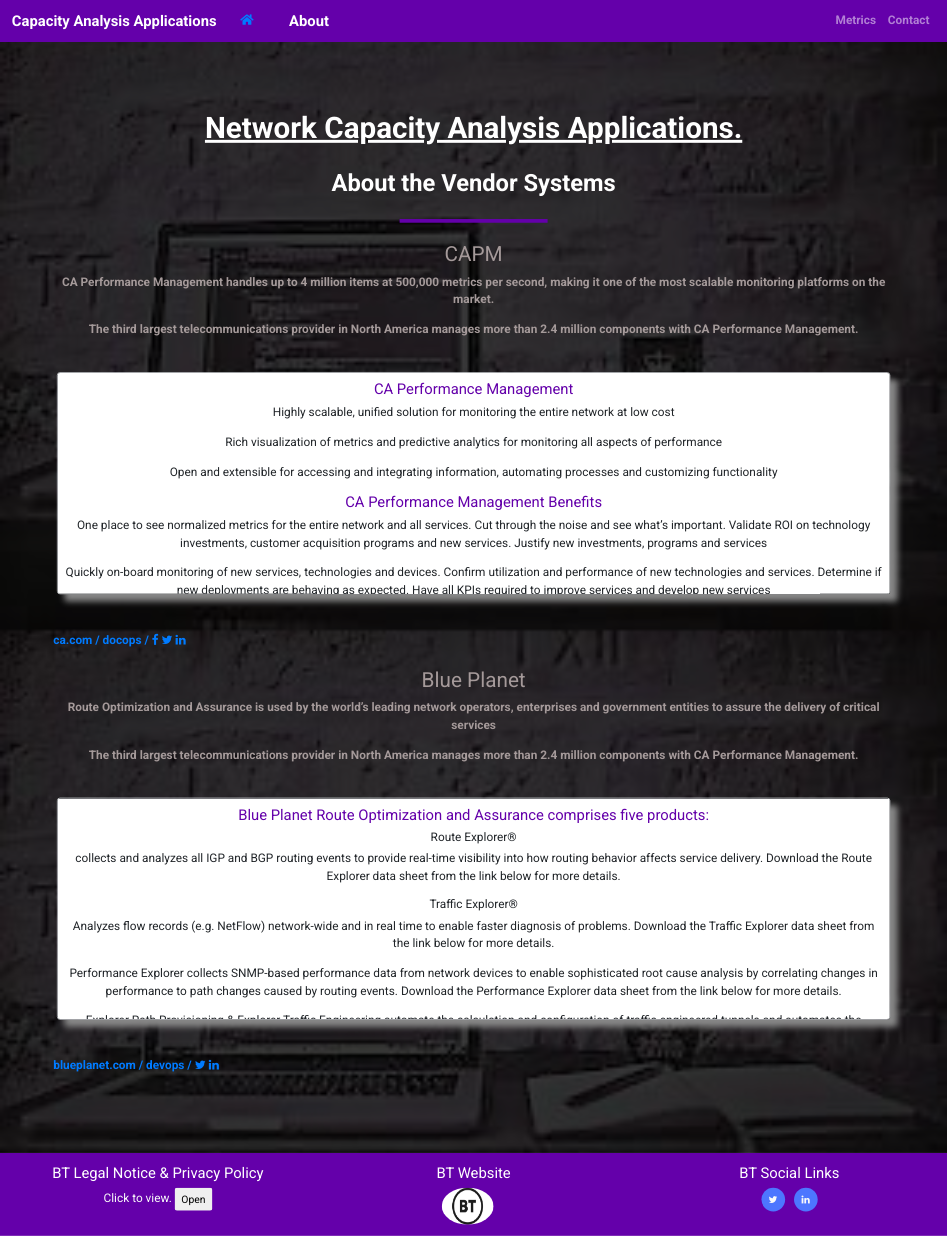
Repository: Mofarrell1967/Application-Manager
Page: about.html
The author's editor kept a record of every edit. The page is drawn from the files as they stood at one moment, then again after the next edit.
The browser window is 1280 px wide. The pictures show the whole page, at 74% of full size.
Backgrounds fixed to the window are drawn as part of the page. Some web libraries are served in a nearby version.

Above is the page before.

### about.html
<!DOCTYPE html>
<html lang="en-us">

<head>
    <meta charset="utf-8">
    <meta name="viewport" content="width=device-width, initial-scale=1.0">
    <link rel="stylesheet" href="https://maxcdn.bootstrapcdn.com/bootstrap/4.1.3/css/bootstrap.min.css">
    <link rel="stylesheet" href="https://use.fontawesome.com/releases/v5.6.1/css/all.css" integrity="sha384-gfdkjb5BdAXd+lj+gudLWI+BXq4IuLW5IT+brZEZsLFm++aCMlF1V92rMkPaX4PP" crossorigin="anonymous">
    <link rel="stylesheet" href="https://stackpath.bootstrapcdn.com/font-awesome/4.7.0/css/font-awesome.min.css" type="text/css" />
    <link href="https://fonts.googleapis.com/css?family=Roboto:400,700" rel="stylesheet">
    <link rel="stylesheet" href="css/main.css" type="text/css" />
    <title>Application Manager</title>
</head>

<body>


    <!-- Nav Bar Start -->

    <nav class="navbar no-gutters fixed-top navbar-dark navbar-expand-sm">
        <a href="index.html" class="navbar-brand">Capacity Analysis Applications</a>
        <ul class="navbar-nav navbar-brand"></ul>
        <a href="index.html"><i class="fas fa-home"></i></a>
        <ul class="navbar-nav navbar-brand">
            <li class="nav-item ml-5">About</li>
        </ul>


        <button class="navbar-toggler ml-auto" type="button" data-toggle="collapse" data-target="#navbarNavDropdown" aria-controls="navbarNavDropdown" aria-expanded="false">
        <span class="navbar-toggler-icon"></span></button>

        <div class="collapse navbar-collapse" id="navbarNavDropdown">
            <ul class="navbar-nav ml-auto">
                <li class="nav-item"><a class="nav-link" href="metrics.html">Metrics</a></li>
                <li class="nav-item"><a class="nav-link" href="contact.html">Contact</a></li>
            </ul>
        </div>
    </nav>

    <!-- Nav Bar End -->


    <!-- Jumbotron Start -->

    <div class="container-fluid callout-container">
        <div class="opaque-overlay">&nbsp;</div>
        <div class="row">
            <div class="col-12">
                <section class="callout jumbotron text-center">
                    <h1>Network Capacity Analysis Applications.</h1>
                    <h2>About the Vendor Systems</h2>
                    <hr class="block-divider">




                    <!-- About Section Start -->
                    <!-- CAPM About Section Start -->


                    <div class="about-header">
                        <h3>CAPM</h3>
                        <p>CA Performance Management handles up to 4 million items at 500,000 metrics per second, making it one of the most scalable monitoring platforms on the market.</p>
                        <p>The third largest telecommunications provider in North America manages more than 2.4 million components with CA Performance Management.</p>
                    </div>
                    <section class="container-fluid">
                        <div class="row">
                            <div class="col border data-scroll about-form">
                                <h5>CA Performance Management</h5>
                                <p>Highly scalable, unified solution for monitoring the entire network at low cost</p>

                                <p>Rich visualization of metrics and predictive analytics for monitoring all aspects of performance</p>
                                <p>Open and extensible for accessing and integrating  information, automating processes and customizing functionality</p>
                                <h5> CA Performance Management  Benefits</h5>
                                <p>One place to see normalized metrics for the entire network and all services. Cut through the noise  and see what’s important.
                                Validate ROI on technology  investments, customer acquisition programs and new services. Justify new investments, programs and services</p>
                                <p>Quickly on-board monitoring of new services, technologies and devices. Confirm utilization and performance of new technologies and services.
                                Determine if new deployments are behaving as expected. Have all KPIs required to improve services  and develop new services</p>
                                <p>Understand service capacity through a unified, normalized view of all underlying technologies. Predict when capacity will reach critical thresholds.
                                View capacity according to customers, markets and business cycles. Improve network utilization and ROI.</p>
                                <p>Understand network services end-to-end according to what is normal for services , customers, markets and business cycles.Proactively address issues based
                                on early warnings and trends. Communicate with Field Technicians to validate successful maintenance  and deployments. Lower  the cost of operations.</p>
                            </div>
                        </div>
                        <div class="about-sm about-header">
                            <a target="_blank" rel="noopener noreferrer" href="https://www.ca.com">ca.com / </a>
                            <a target="_blank" rel="noopener noreferrer" href="https://docops.ca.com/home">docops / </a>
                            <a target="_blank" href="https://www.facebook.com/CATechnologies">
                            <i class="fa fa-facebook" aria-hidden="true"></i>
                            <span class="sr-only">Facebook</span></a>
                            <a target="_blank" href="https://twitter.com/CAInc">
                            <i class="fa fa-twitter" aria-hidden="true"></i>
                            <span class="sr-only">Twitter</span></a>
                            <a target="_blank" href="https://www.linkedin.com/company/ca-technologies">
                            <i class="fa fa-linkedin" aria-hidden="true"></i>
                            <span class="sr-only">LinkedIn</span> </a>
                        </div>

                        <!-- CAPM About Section End -->

                        <!-- Blue Planet About Section Start -->

                        <div class="about-header">
                            <h3>Blue Planet</h3>
                            <p>Route Optimization and Assurance is used by the world’s leading network operators, enterprises and government entities to assure the delivery of critical services</p>
                            <p>The third largest telecommunications provider in North America manages more than 2.4 million components with CA Performance Management.</p>
                        </div>
                        <div class="row">
                            <div class="col border data-scroll about-form">
                                <h5>Blue Planet Route Optimization and Assurance comprises five products:</h5>
                                <h6>Route Explorer®</h6>
                                <p>collects and analyzes all IGP and BGP routing events to provide real-time visibility into how routing behavior affects service delivery.
                                Download the Route Explorer data sheet from the link below for more details.</p>
                                <h6>Traffic Explorer®</h6>
                                <p>Analyzes flow records (e.g. NetFlow) network-wide and in real time to enable faster diagnosis of problems. Download the Traffic Explorer data sheet from the link below for more details.</p>
                                <p>Performance Explorer collects SNMP-based performance data from network devices to enable sophisticated root cause analysis by correlating changes in performance to path changes caused by routing events.
                                Download the Performance Explorer data sheet from the link below for more details.</p>
                                <p>Explorer Path Provisioning & Explorer Traffic Engineering automate the calculation and configuration of traffic engineered tunnels and automates the provisioning of new service paths.</p>
                               <h5>Key Benefits</h5>
                               <h6>Understand how network routing paths affect SLAs</h6>
                               <h6>Resolve transient and intermittent IP/MPLS network performance problems much faster</h6>
                               <h6>Avoid unintended service impacts from network changes</h6>
                               <h6>Accelerate the design and provisioning of new, differentiated services</h6>
                               <h6>Simplify the journey to closed-loop automation using a single analytics and orchestration platform</h6>
                               <h5>Product Capabilities</h5>
                               <h6>Operational Monitoring</h6>
                               <p>The ROA products capture real-time network telemetry from the devices in IP/MPLS networks as well as from network orchestrators and SDN controllers. All routing events are captured by
                               passively monitoring the IGP and BGP routing protocols to maintain an always-current Layer 3 topology model. Traffic flow records and performance metrics are collected and mapped to the routing
                               data to provide path-aware visibility into service delivery. The ROA data can be used to establish historical baselines for alert triggers, to generate traffic matrices for different times and
                               workloads, and for forensic analysis.</p>
                               <p>With the Blue Planet ROA products, operations teams are empowered to triage problems faster and troubleshoot many that previously had to be escalated to level 2/3 engineering staff. With
                               customizable dashboards for at-a-glance views into overall network health, the performance of certain network segments, critical customer VPNs, etc., technicians can be more proactive in managing
                               service delivery than ever before.</p>
                               <h6>Real – Time & Historical Analytics</h6>
                               <p>Blue Planet ROA records routing telemetry in real time to maintain current and historical models of the network control plane. Using these models, powerful analytics help operations teams detect,
                               diagnose and adapt quickly to unforeseen events in the network. Engineering and NOC teams gain unmatched visibility into control plane issues that degrade services, such as a link failure that
                               causes congestion or a routing flap that impacts a customer VPN. And Blue Planet ROA’s unique 'network DVR' feature, that allows users to “rewind and replay” the network’s behavior at the point
                               in time when a problem occurred, provides a forensics solution for resolving the transient and intermittent problems that frustrate customers.</p>
                            </div>
                        </div>

                        <div class="about-sm about-header">
                            <a target="_blank" rel="noopener noreferrer" href="https://www.blueplanet.com/">blueplanet.com / </a>
                            <a target="_blank" rel="noopener noreferrer" href="https://my.ciena.com/CienaPortal/s/Ciena-Portal-Home">devops / </a>
                            <a target="_blank" href="https://twitter.com/CienaBluePlanet">
                            <i class="fa fa-twitter" aria-hidden="true"></i>
                            <span class="sr-only">Twitter</span></a>
                            <a target="_blank" href="https://www.linkedin.com/company/ciena-blue-planet">
                            <i class="fa fa-linkedin" aria-hidden="true"></i>
                            <span class="sr-only">LinkedIn</span></a>
                        </div>

                        <!-- Blue Planet About Section End -->

                    </section>

                    <!-- About Section End -->




                </section>
            </div>
        </div>
    </div>

    <!-- Jumbotron End -->


    <!-- Footer Modal Start -->


    <div class="modal" tabindex="-1" role="dialog" id="PPModal">
        <div class="modal-dialog modal-dialog-scrollable">
            <div class="modal-content">
                <div class="modal-header">
                    <h5 class="modal-title">Legal Notice & Privacy Policy</h5>
                    <button type="button" class="close" data-dismiss="modal" aria-label="Close">
          <span aria-hidden="true">&times;</span>
        </button>
                </div>
                <div class="modal-body">
                    <h3>General Disclaimer</h3>

                    <p>BT has taken every effort to ensure the content accuracy of website, but neither BT nor its contractors accept responsibility for any errors or omissions in such content.</p>
                    <p>Neither BT nor any third party who provides content to this website shall liable in respect of the content or its accuracy. You, the User, access the site and use the content, products and services at your own risk.</p>
                    <p>BT disclaims all responsibility and liability of any description including liability for negligence, incidental or consequential damages and or loss (to include loss of profits, loss of use or loss of data) suffered by any person acting
                        or refraining from acting as a result of or in connection with material on this website to include any reliance placed by such person on such material, or the viewing , use or performance of this website or its contents, whether
                        with the required authority or otherwise.
                        <p>BT may at any time revise, amend, alter or delete this information without liability.</p>
                        <p>This website is governed, interpreted and construed in accordance with the law in the Republic of Ireland, whose courts have exclusive jurisdiction over any disputes or actions arising on this website</p>
                        <h3>ComReg Code for Tariff Presentation</h3>
                        <p>BT is required to adhere to the principles set out in the ComReg Code for Tariff Presentation. This Code requires the presentation of accurate and comprehensive tariff information that is accessible to the consumer. BT complies
                            with the Code, a full copy of which can be accessed on the ComReg website.</p>
                        <h3>Privacy Notice</h3>
                        <h4>Who is BT?</h4>
                        <p> BT Communications Ireland Limited (‘BT’) is a wholly owned subsidiary of BT Group plc, and a fully integrated division of BT Major and Public Sector. BT Communications Ireland Limited, trading as BT or BT Ireland, is registered
                            in Ireland under number company registration number 141524 and its registered address is BT, Grand Canal Plaza, Upper Grand Canal Street, Dublin 4, Republic of Ireland, Tel: +353 1 432 5000 Freephone: 1800 923 222</p>
                        <h4>Why does BT have a Privacy Notice?</h4>
                        <p>At BT, we take privacy very seriously. Protecting your information and respecting your privacy is fundamental to the way we do things. If you want to know more about how we collect and use your personal information in different
                            situations, have a look at the dedicated sections of the Privacy Centre here www.btplc.com/privacycentre/index.htm</p>
                        <p>Please read the policies in the Privacy Centre along with the terms and conditions of any particular service you’re using. We may change the policies in our Privacy Centre from time to time. We’ll publish any new policies on our
                            Privacy Centre, any other relevant websites and our terms and conditions (if applicable).By visiting and browsing our website and using our services you indicate your agreement to our use of your personal information as set
                            out in this Privacy Policy. We may change our privacy policy from time to time.</p>
                        <h4>What is not covered by the Privacy notice?</h4>
                        <p>Third party sites, applications and social media, including products and services that you can link to from our websites aren’t covered by the policies in our Privacy Centre, so we urge you to be careful when you enter any personal
                            information online or use applications and social media features. You should review the privacy policy of such sites before providing your personal information. As we don’t control those third party sites and their practices,
                            we don’t accept any responsibility or liability for these sites.</p>
                        <h4>What about when I visit your websites?</h4>
                        <p>For details about information we collect when you visit our websites and the cookies we use please click the link here http://www.btplc.com/privacycentre/Onlineprivacy/index.htm.</p>
                        <h4>How can I find out what personal information BT holds about me and change it if inaccurate?</h4>
                        <p>If you want a copy of your billing information, log on to your MyBT online account or you can contact BT Ireland by phone, at Tel: 1800 924 929 or at the addresses listed below. BT Ireland, 2 Grand Canal Plaza, Upper Grand Canal
                            Street, Dublin 4.Alternatively you can contact us through our online Customer Enquiry form. (You must be the account holder to ask for this information.) If you want to see what contact information we hold about you, you can
                            also log in to your account. It’s quick and simple to access it this way. You can also ask us for a copy of the information we hold about you using our online form here. Or write to us at BT to the Data Protection Manager,
                            BT Ireland, 2 Grand Canal Plaza, Upper Grand Canal Street, Dublin 4. If you work for one of our corporate customers, please ask your employer – they’ll ask for this on your behalf. It will normally take us up to one month to
                            get back to you but could take longer (up to a further two months) if it’s a complicated request or we get a lot of requests at once. We’ll reply electronically unless you ask us to send the information by post.</p>
                </div>
                <button type="button" class="btn btn-danger" data-dismiss="modal">Close</button>
            </div>
        </div>
    </div>



    <!-- Footer Modal End -->



    <!-- Page Footer Start -->


    <footer class="container-fluid footer text-center">
        <div class="row">
            <div class="col-sm-4">
                <h5 class="uppercase">BT Legal Notice & Privacy Policy</h5>
                <p class="inline-block">
                    Click to view.
                    <button class="btn btn-sm" data-toggle="modal" data-target="#PPModal">Open</button></p>
            </div>
            <div class="d-none d-sm-block col-sm-4">
                <h5 class="uppercase">BT Website</h5>
                <a target="_blank" href="https://btireland.com/"><img src="images/bt.jpg" class="rounded-circle mr-3" height=50 width=70 alt="No Image available/"></a>
            </div>
            <div class="col-sm-4">
                <h5 class="uppercase">BT Social Links</h5>
                <ul class="list-inline sm-links">
                    <li class="list-inline-item">
                        <a target="_blank" href="https://twitter.com/btinireland">
                            <i class="fa fa-twitter" aria-hidden="true"></i>
                            <span class="sr-only">Twitter</span></a>
                    </li>
                    <li class="list-inline-item">
                        <a target="_blank" href="https://www.linkedin.com/company/bt-ireland">
                            <i class="fa fa-linkedin" aria-hidden="true"></i>
                            <span class="sr-only">LinkedIn</span> </a>
                    </li>
                </ul>
            </div>
        </div>
    </footer>

    <!-- Page Footer End -->


    <!-- Script Start -->

    <script src="https://code.jquery.com/jquery-3.3.1.slim.min.js" integrity="sha384-q8i/X+965DzO0rT7abK41JStQIAqVgRVzpbzo5smXKp4YfRvH+8abtTE1Pi6jizo" crossorigin="anonymous"></script>
    <script src="https://cdnjs.cloudflare.com/ajax/libs/popper.js/1.14.3/umd/popper.min.js" integrity="sha384-ZMP7rVo3mIykV+2+9J3UJ46jBk0WLaUAdn689aCwoqbBJiSnjAK/l8WvCWPIPm49" crossorigin="anonymous"></script>
    <script src="https://stackpath.bootstrapcdn.com/bootstrap/4.1.3/js/bootstrap.min.js" integrity="sha384-ChfqqxuZUCnJSK3+MXmPNIyE6ZbWh2IMqE241rYiqJxyMiZ6OW/JmZQ5stwEULTy" crossorigin="anonymous"></script>

    <!-- Script End -->

</body>

</html>

Loaded but not shown: css/main.css (301 lines, source omitted)

After the next edit:
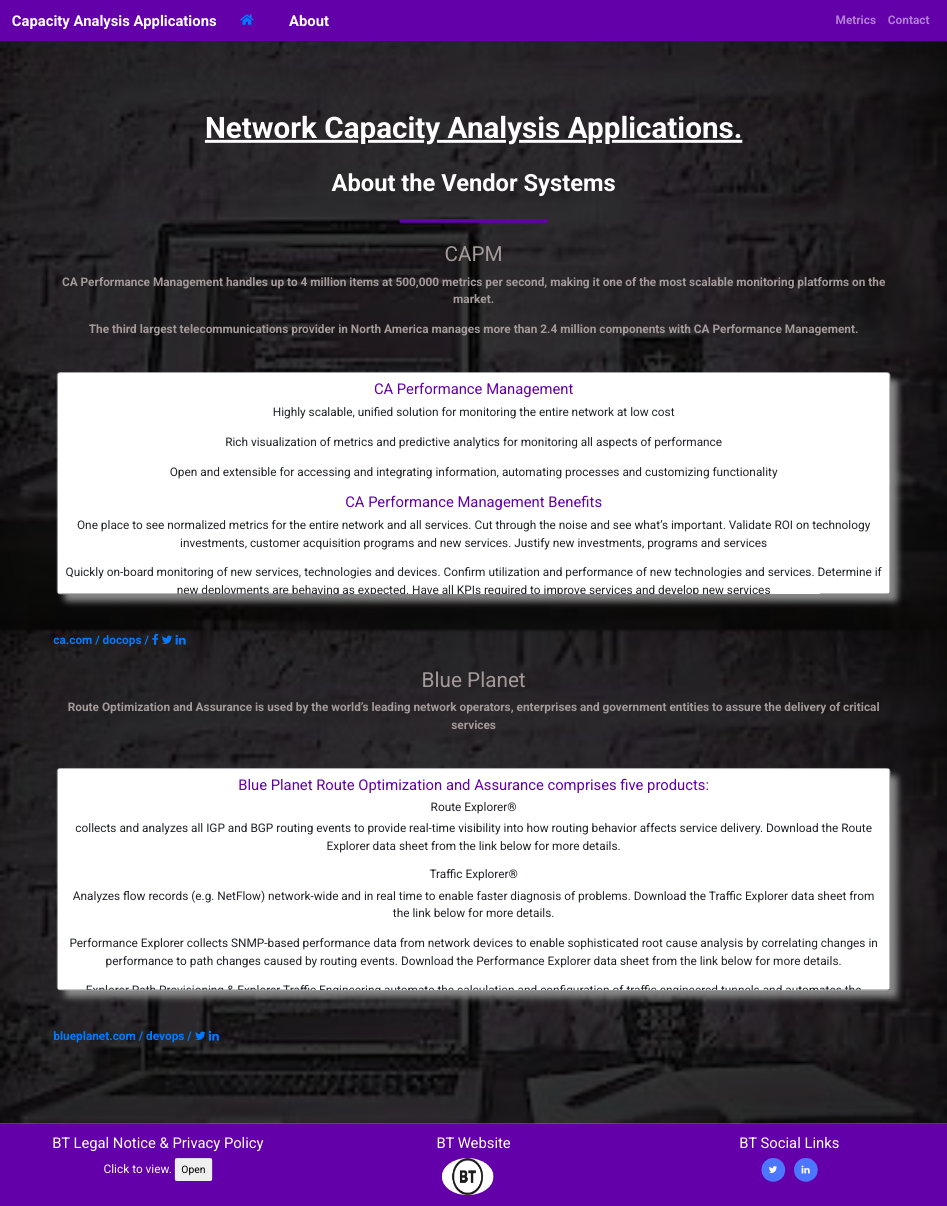
The edit:
--- a/about.html
+++ b/about.html
@@ -103,7 +103,7 @@
                         <div class="about-header">
                             <h3>Blue Planet</h3>
                             <p>Route Optimization and Assurance is used by the world’s leading network operators, enterprises and government entities to assure the delivery of critical services</p>
-                            <p>The third largest telecommunications provider in North America manages more than 2.4 million components with CA Performance Management.</p>
+
                         </div>
                         <div class="row">
                             <div class="col border data-scroll about-form">
